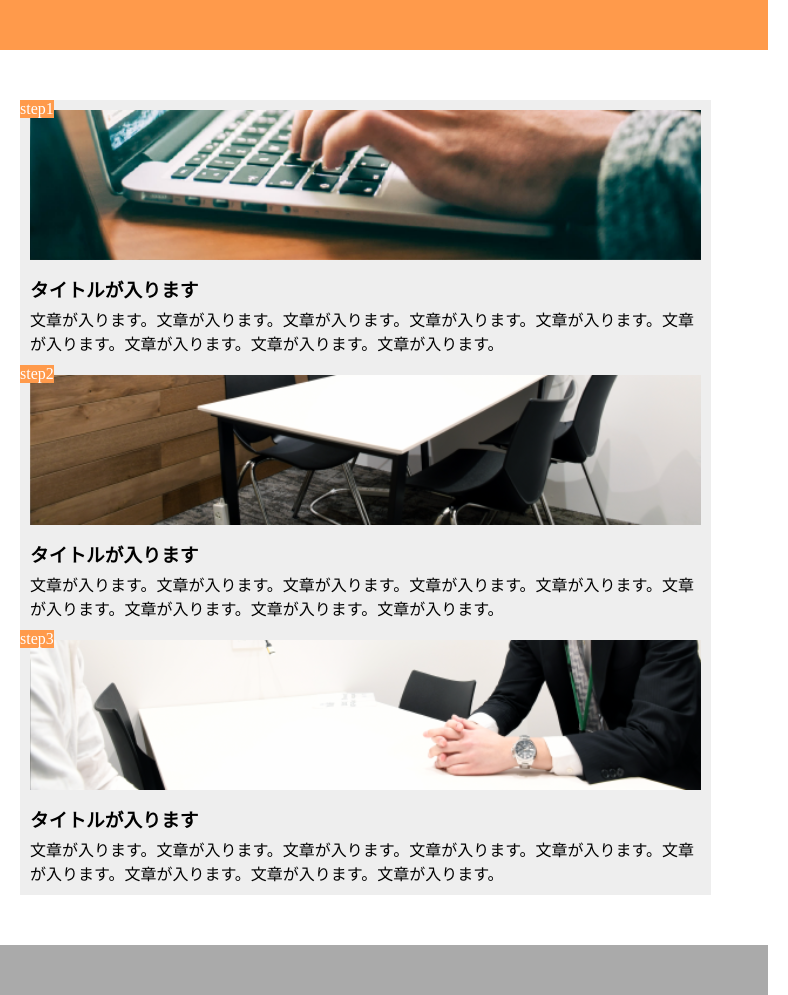
Repository: 0820miyu/kadai1
Page: kadai1.html
The author's editor kept a record of every edit. The page is drawn from the files as they stood at one moment, then again after the next edit.
The browser window is 768 px wide. The page is 788 px wide, so the pictures cover 788 px, including what lies to the right of the window. The pictures show the whole page.

Above is the page before.

After the next edit:
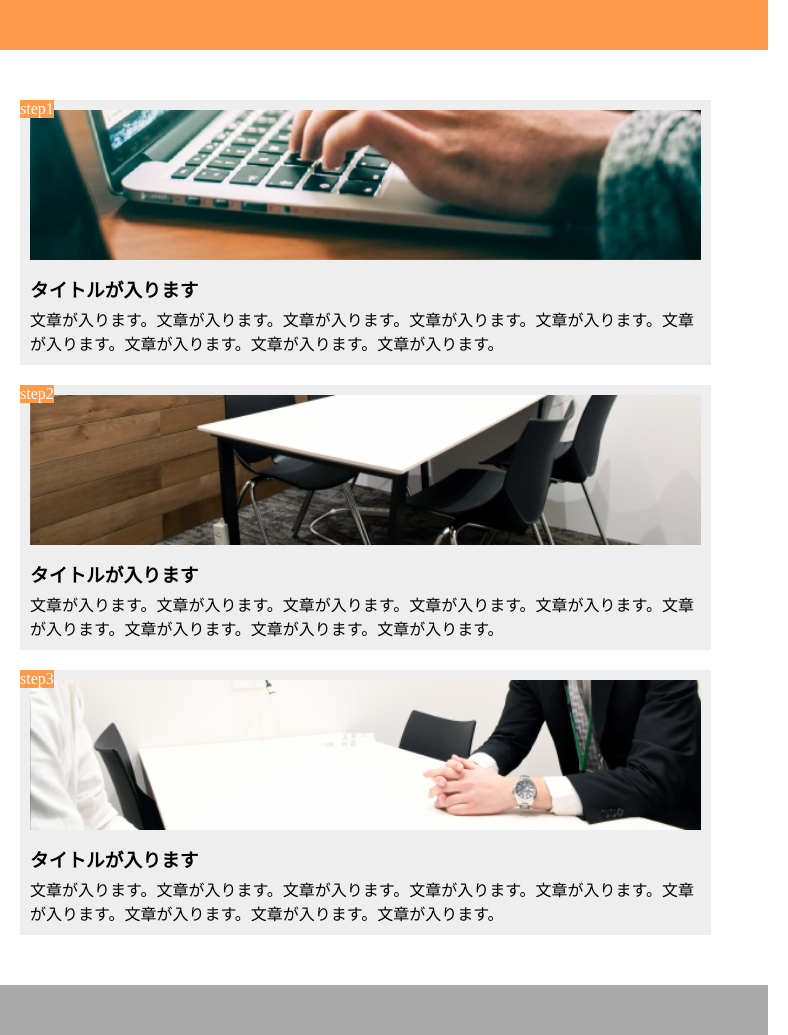
The edit:
--- a/kadai1.css
+++ b/kadai1.css
@@ -75,7 +75,7 @@
     margin:20px;}
 
 .step-box{
-  magin-bottom:20px;
+  margin-bottom:20px;
   width:90%;
 }
 
